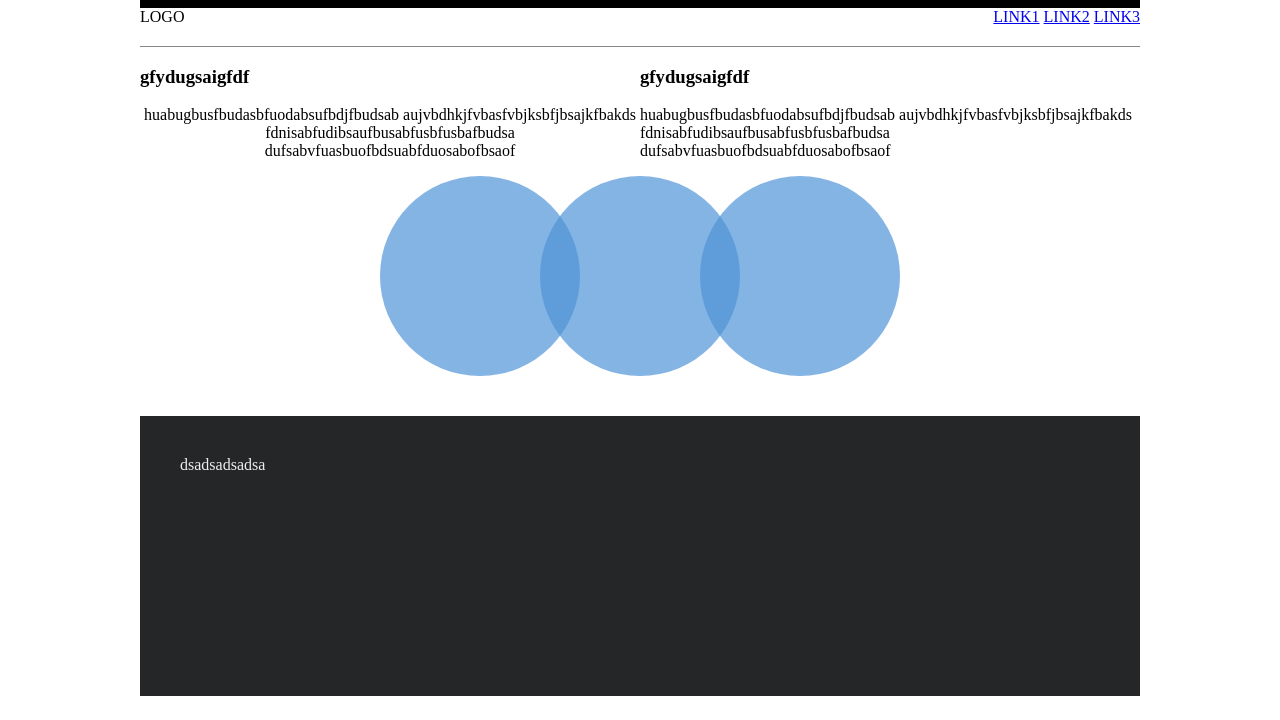
Repository: Gumiin/studia
Page: lesson 2/index.html
The author's editor kept a copy of each file at every save. The page is drawn from the files as they stood at one save, then again after the next save.
The browser window is 1280 px wide. The pictures show the whole page.

Above is the page before, as saved 2021-03-17 17:52:19.

After the next save:
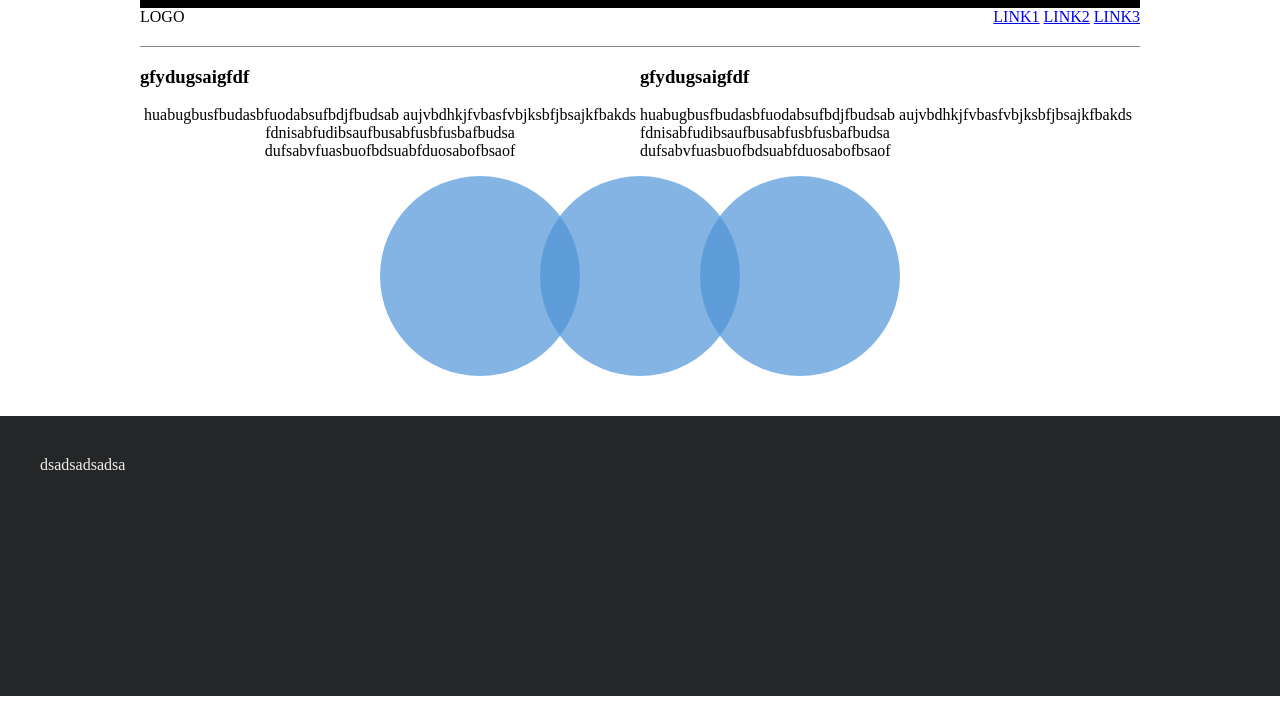
Saved 74 s later.
--- a/lesson 2/index.html
+++ b/lesson 2/index.html
@@ -45,9 +45,9 @@
             <div id="circle2"></div>
             <div id="circle3"></div>
         </div>
-        <div id="footer">
-            dsadsadsadsa
-        </div>
+    </div>
+    <div id="footer">
+        dsadsadsadsa
     </div>
 </body>
 </html>
